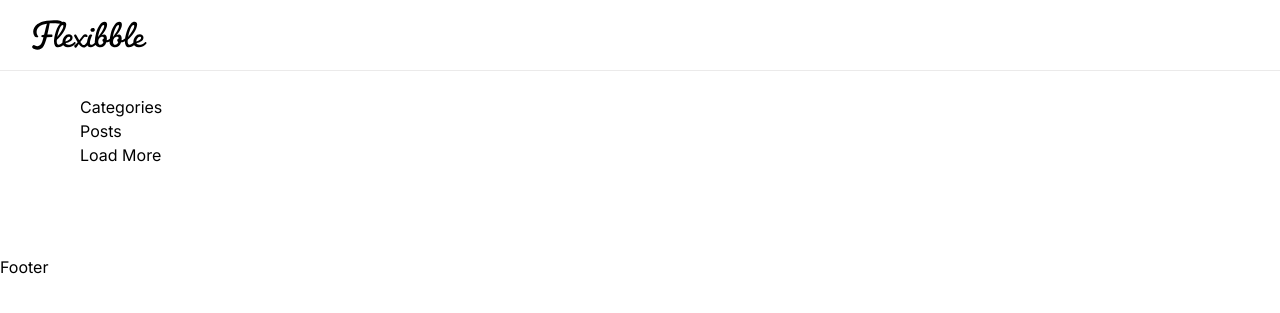
Repository: MikeeBuilds/flexxible
Page: /
The author's editor kept a copy of each file at every save. The page is drawn from the files as they stood at one save, then again after the next save.
The browser window is 1280 px wide. The pictures show the whole page.
The project was rebuilt for these pictures with package versions that can differ from the ones it lists, and the page was loaded fresh each time. The framework's server and built-in components were replaced by stand-ins that run in the browser. Also part of the build but not shown: next.config.js.

Above is the page before, as saved 2023-06-24 16:28:16.

### app/layout.tsx
import './globals.css';
import NavBar from '@/components/NavBar';
import Footer from '@/components/Footer';


export const metadata = {
  title: 'Flexxible',
  description: 'Showcase and discover remarkable developer projects',
}

export default function RootLayout({
  children,
}: {
  children: React.ReactNode
}) {
  return (
    <html lang="en">
      <body>
        <NavBar/>
        <main>
        {children}
        </main>
        <Footer/>
      </body>
    </html>
  )
}

### app/page.tsx
const home = () => {
    return (
        <section className="flex-start flex-col paddings mb-16">
            <h1>
                Categories
            </h1>

            <h1>
                Posts
            </h1>

            <h1>
                Load More
            </h1>
        </section>
    )
}


export default home

### components/NavBar.tsx
import { NavLinks } from '@/constants'
import Image from 'next/image'
import Link from 'next/link'
import React from 'react'

const NavBar = () => {
  return (
    <nav className='flex-between navbar'>
        <div className='flex-1 flexStart gap-10'>
            <Link href="/">
                <Image
                    src="/logo.svg"
                    alt="Flexxible"
                    width={115}
                    height={43}
                />
            </Link>

            <ul className='xl:flex hidden text-sm gap-7'>
                {NavLinks.map((link) => (
                    <Link href={link.href} key={link.key}>
                    </Link>
                ))}
            </ul>
        </div>
    </nav>
  )
}

export default NavBar

Loaded but not shown: app/globals.css (common file); components/Footer.tsx (common file); constants/index.ts (common file); tailwind.config.js (common file)

After the next save:
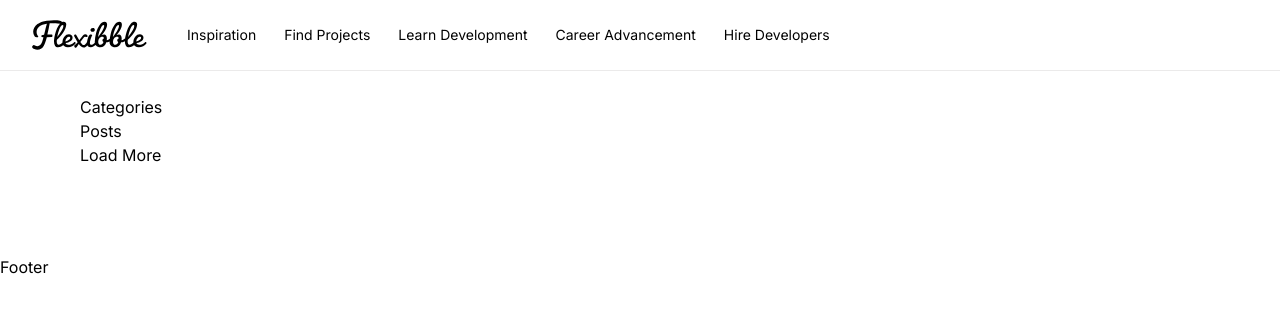
Saved 6 s later.
--- a/components/NavBar.tsx
+++ b/components/NavBar.tsx
@@ -19,6 +19,7 @@ const NavBar = () => {
             <ul className='xl:flex hidden text-sm gap-7'>
                 {NavLinks.map((link) => (
                     <Link href={link.href} key={link.key}>
+                        {link.text}
                     </Link>
                 ))}
             </ul>
